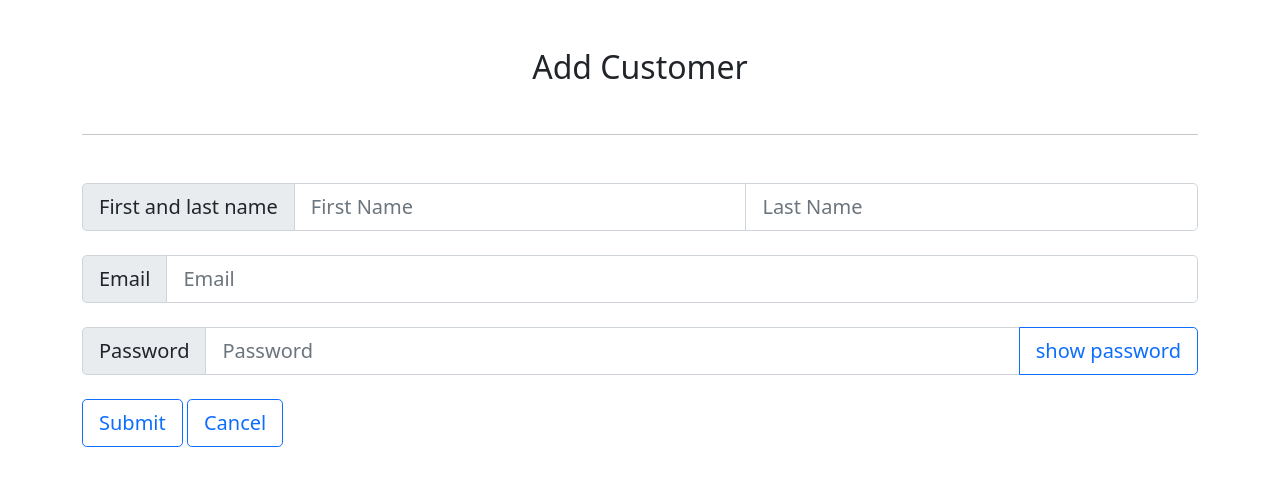
Repository: valletivarish/monojsp
Page: http://localhost/11-bank-application/NewTransaction.jsp
An editor plug-in stored every save of this project. The page is shown before and after the next save, followed by the edit.
The browser window is 1280 px wide. The pictures show the whole page.
The page is served by Tomcat 9.

Above is the page before, as saved 2024-07-20 19:26:16.

After the next save:
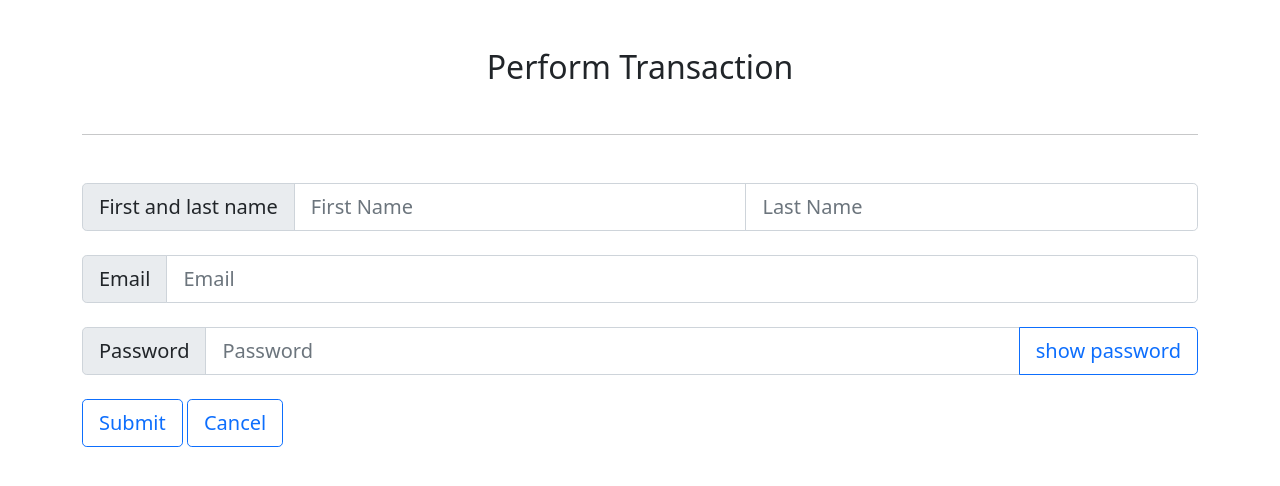
Saved 2 min 41 s later.
--- a/11-bank-application/WebContent/NewTransaction.jsp
+++ b/11-bank-application/WebContent/NewTransaction.jsp
@@ -9,7 +9,7 @@
 </head>
 <body>
     <div class="container my-5">
-        <h2 class="text-center my-5">Add Customer</h2>
+        <h2 class="text-center my-5">Perform Transaction</h2>
         <hr>
         <form action="admin" method="post">
             <div class="col-sm-10 my-3">
